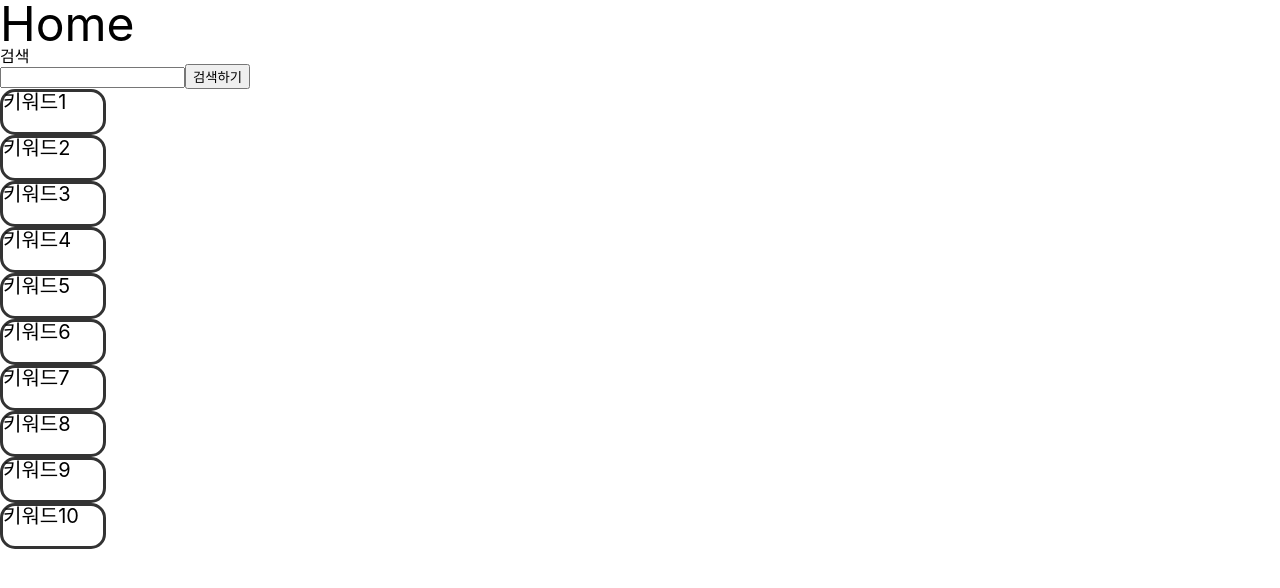
Repository: sunoo-lee/Star-Explore
Page: /
The author's editor kept a copy of each file at every save. The page is drawn from the files as they stood at one save, then again after the next save.
The browser window is 1280 px wide. The pictures show the whole page.
The project was rebuilt for these pictures with package versions that can differ from the ones it lists, and the page was loaded fresh each time.

Above is the page before, as saved 2022-10-14 03:16:10.

After the next save:
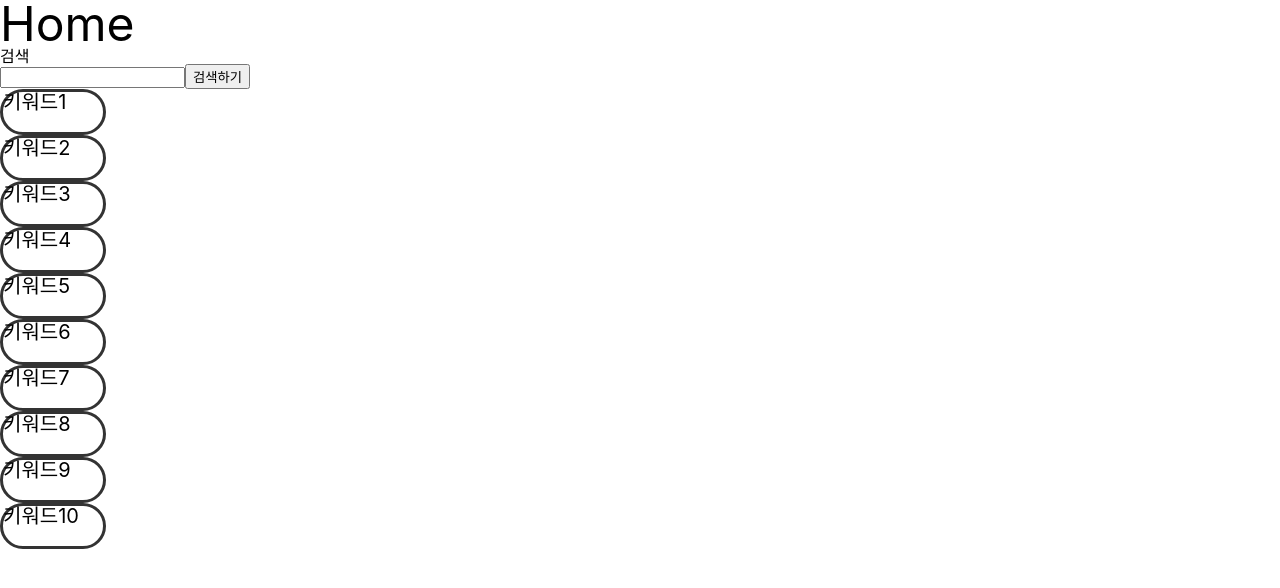
Saved 5 s later.
--- a/src/Style.css
+++ b/src/Style.css
@@ -23,5 +23,5 @@ h1 {
   width: 100px;
   height: 40px;
   border: 3px solid #333333;
-  border-radius: 15px;
+  border-radius: 25px;
 }
